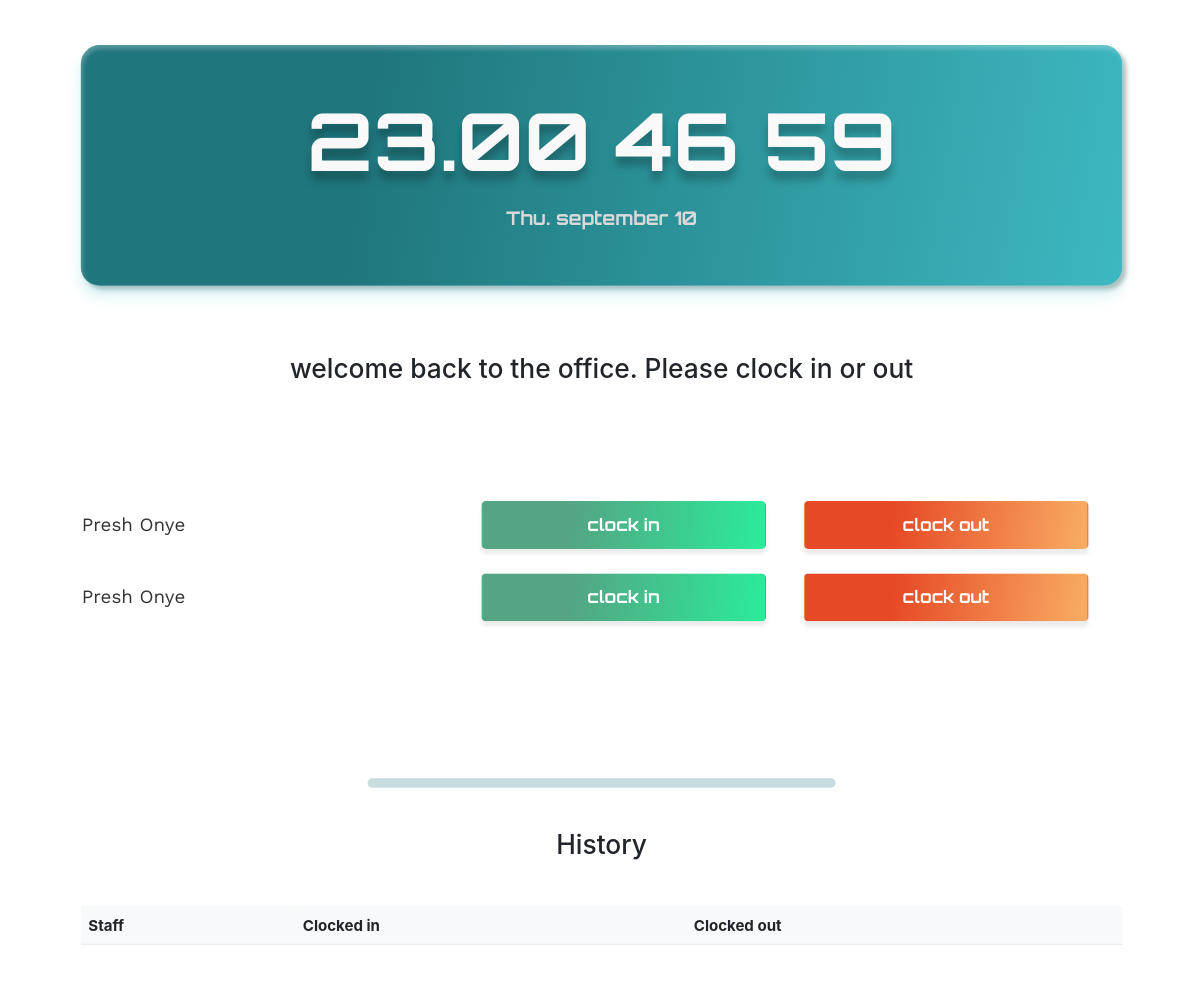
Repository: giprim/clocker
Page: /
These files come from the project's save history. The page is drawn as it stood at one moment and after the next save; the edit follows.
The browser window is 1280 px wide. The pictures show the whole page, at 94% of full size.
The project was rebuilt for these pictures with package versions that can differ from the ones it lists, and the page was loaded fresh each time.

Above is the page before, as saved 2020-09-11 00:09:53.

### src/App.tsx
import React from 'react';
import './App.css';

function App() {
  const currentTime = () => {
    let date = new Date();

    return `${date
      .getHours()
      .toFixed(2)} ${date.getMinutes()} ${date.getSeconds()}`;
  };

  console.log(currentTime());

  return (
    <div className='container py-4'>
      {/* clock section */}
      <div className='clock-box effect p-2 py-md-5 mt-4'>
        <div className='row'>
          <div className='col-12'>
            <h4 className='display-3 text-center'>
              {currentTime().toString()}
            </h4>
          </div>
          <div className='col-12 text-center mt-2 mb-1'>
            <h6>Thu. september 10</h6>
          </div>
        </div>
      </div>

      {/* welcome  */}
      <p className='text-center my-5 py-4 h3'>
        welcome back to the office. Please clock in or out
      </p>

      <table>
        <thead>
          <tr>
            <th></th>
            <th></th>
            <th></th>
          </tr>
        </thead>
        <tbody>
          <tr>
            <td className='staff'>Presh Onye</td>
            <td className='row justify-content-evenly'>
              <button className='btn clockin col-5'> clock in</button>
              <button className='btn clockout col-5'> clock out</button>
            </td>
          </tr>
          <tr>
            <td className='staff'>Presh Onye</td>
            <td className='row justify-content-evenly'>
              <button className='btn clockin col-5'> clock in</button>
              <button className='btn clockout col-5'> clock out</button>
            </td>
          </tr>
        </tbody>
      </table>

      <hr />
      <h3 className='text-center mb-5'>History</h3>

      <table className='table'>
        <thead className='table-light p-4'>
          <tr>
            <th>Staff</th>
            <th>Clocked in</th>
            <th>Clocked out</th>
          </tr>
        </thead>
      </table>
    </div>
  );
}

export default App;

### src/App.css
@import url('https://fonts.googleapis.com/css2?family=Orbitron:wght@400;500;600;700;800;900&family=Work+Sans:ital,wght@0,100;0,200;0,400;0,600;0,700;1,500&display=swap');

.clock-box {
  background: linear-gradient(99.35deg, #1f767c 26.99%, #42c1ca 110.13%);
  box-shadow: 0px 10px 15px rgba(66, 193, 202, 0.23),
    4px 4px 5px rgba(0, 0, 0, 0.25), inset 2px 4px 5px rgba(255, 255, 255, 0.25);
  border-radius: 20px;
  position: relative;
  z-index: 10;
}

.clock-box h4 {
  font-family: Orbitron;
  font-style: normal;
  font-weight: bold;
  font-size: 85px;
  line-height: 107px;
  /* identical to box height */

  color: #f9f9f9;

  text-shadow: 0px 9px 9px rgba(0, 0, 0, 0.25);
}

.clock-box h6 {
  font-family: Orbitron;
  font-style: normal;
  font-weight: bold;
  font-size: 20px;
  line-height: 25px;
  /* identical to box height */

  color: #d9d9d9;
}

.clockout,
.clockin {
  font-family: Orbitron;
  font-style: normal;
  font-weight: bold;
  font-size: 18px;
  line-height: 23px;
  /* identical to box height */
  padding-top: 13px;
  padding-bottom: 13px;
  color: #ffffff;
  transition: ease-in 0.13s;
}

/* table.table {
  border: none;
} */

.clockin:hover,
.clockout:hover {
  color: white;
  transform: translateY(-5px);
}

.clockin {
  background: linear-gradient(97.12deg, #54a583 31.21%, #21fca1 115.81%);
  box-shadow: 0px 5px 4px rgba(128, 128, 128, 0.15);
  border-radius: 5px;
}

.clockout {
  background: linear-gradient(
    97.12deg,
    #e64926 31.21%,
    rgba(252, 176, 63, 0.74) 115.81%
  );
  box-shadow: 0px 6px 4px rgba(128, 128, 128, 0.15);
  border-radius: 5px;
}

table {
  width: 100%;
}

th,
td {
  padding-top: 25px;
}

hr {
  border-radius: 15px;
  margin: 4% auto;
  margin-top: 15%;
  width: 45%;
  padding: 5px;
  background: #20777c;
}

.staff {
  font-family: Work Sans;
  font-style: normal;
  font-weight: 500;
  font-size: 20px;
  line-height: 23px;

  color: #333333;
}

Loaded but not shown: public/index.html (common file); src/index.tsx (common file); src/index.css (common file); src/serviceWorker.ts (common file)

After the next save:
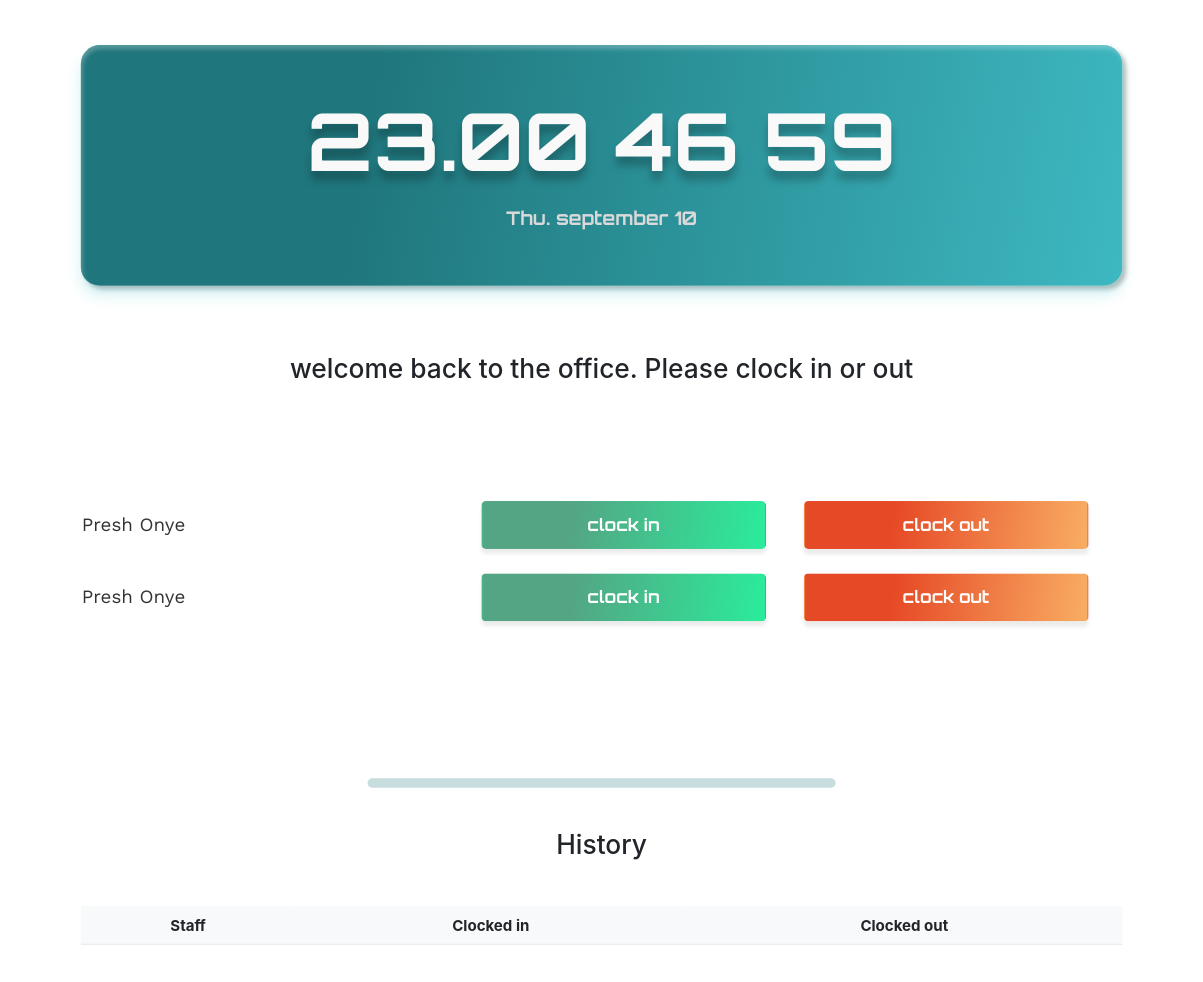
Saved 85 s later.
--- a/src/App.tsx
+++ b/src/App.tsx
@@ -62,8 +62,8 @@ function App() {
       <hr />
       <h3 className='text-center mb-5'>History</h3>
 
-      <table className='table'>
-        <thead className='table-light p-4'>
+      <table className='table text-center'>
+        <thead className='table-light'>
           <tr>
             <th>Staff</th>
             <th>Clocked in</th>
